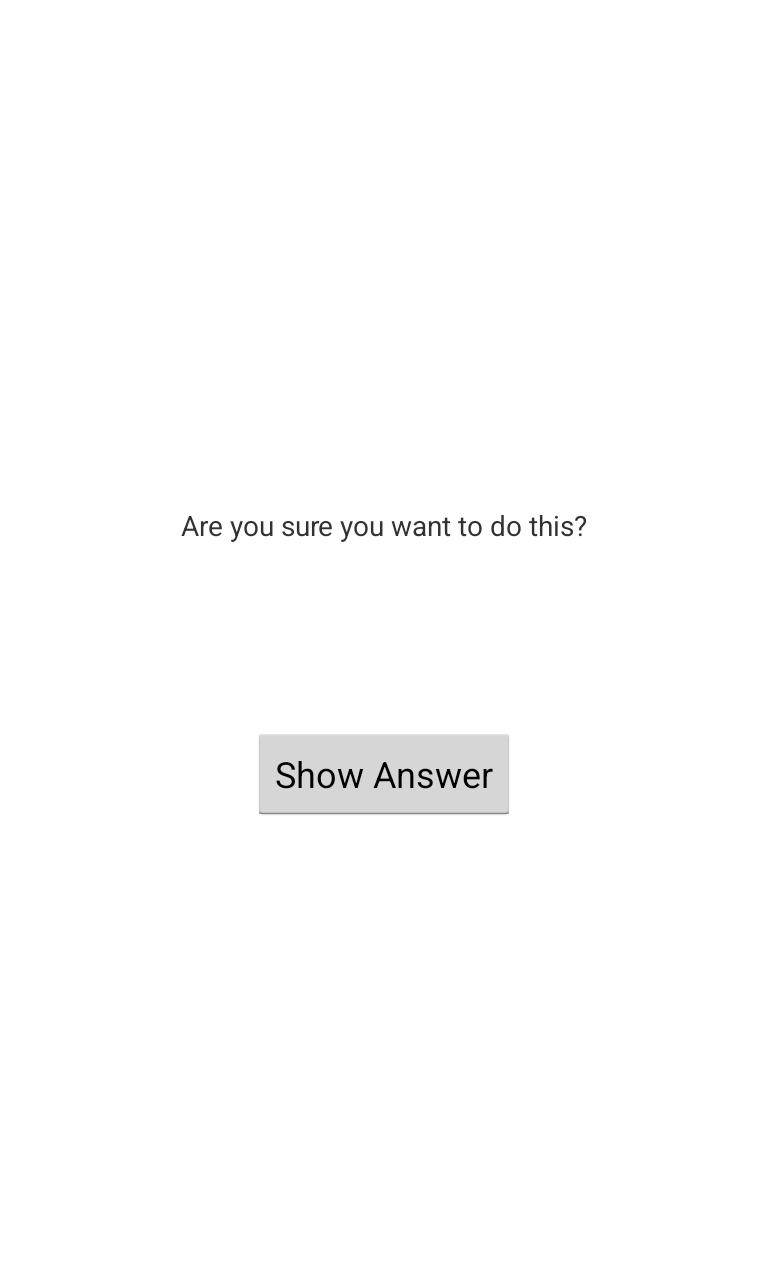
Repository: joblinan/Android-Programming-1st-Edition
Layout: GeoQuiz/res/layout/activity_cheat.xml
These files come from the project's save history. The layout is drawn as it stood at one moment and after the next save; the edit follows.
It is drawn on a 768 x 1280 px phone screen (xhdpi) without system bars, with theme AppTheme; the app's code is not run.

Above is the layout before, as saved 2016-08-19 08:12:25.

After the next save:
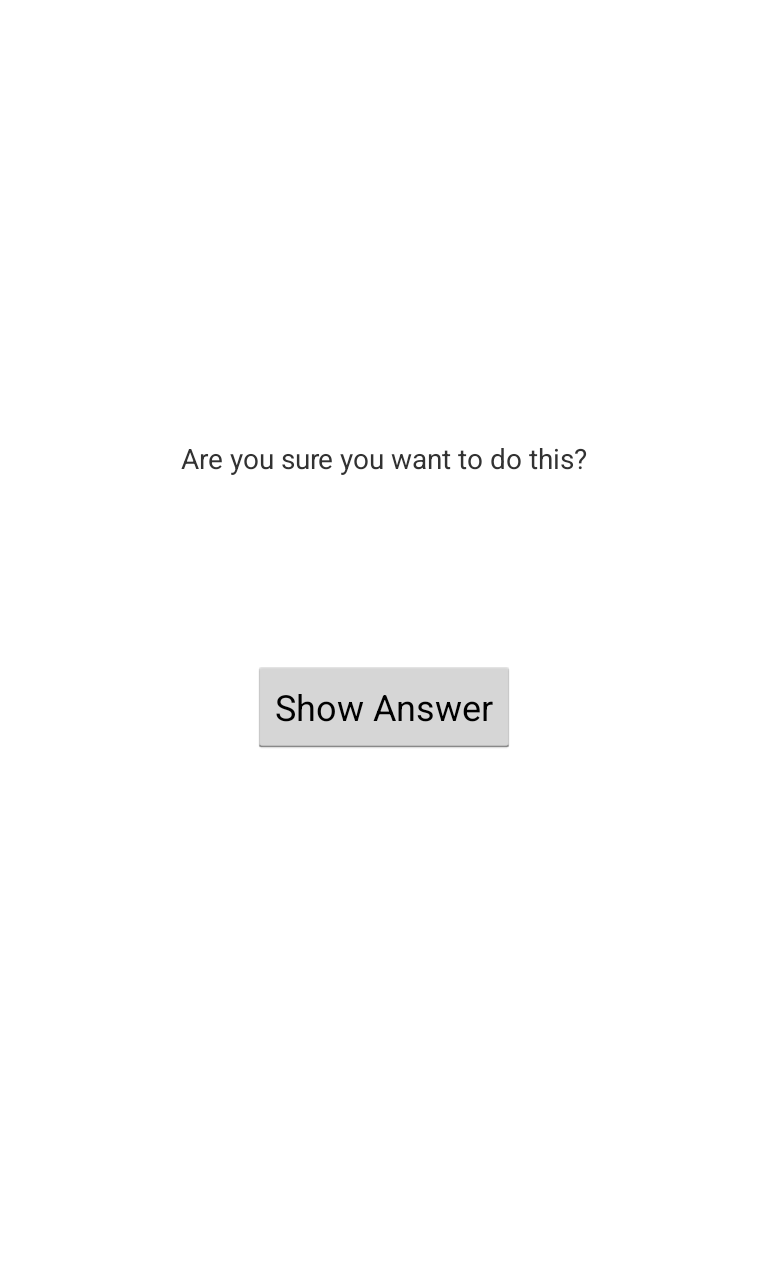
Saved 13 min 41 s later.
--- a/GeoQuiz/res/layout/activity_cheat.xml
+++ b/GeoQuiz/res/layout/activity_cheat.xml
@@ -22,5 +22,10 @@
         android:layout_height="wrap_content"
         android:text="@string/show_answer_button" />
 
+    <TextView
+        android:layout_width="wrap_content"
+        android:layout_height="wrap_content"
+        android:padding="24dp" />
+
 
 </LinearLayout>
